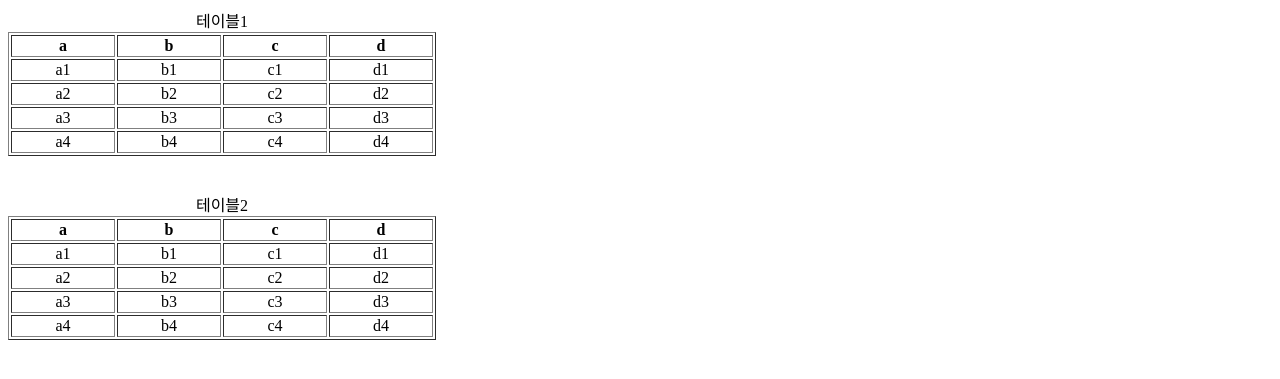
Repository: roditee/Frontend_ex
Page: HTML01/src/main/webapp/table.html
An editor plug-in stored every save of this project. The page is shown before and after the next save, followed by the edit.
The browser window is 1280 px wide. The pictures show the whole page.

Above is the page before, as saved 2021-12-02 05:14:04.

### HTML01/src/main/webapp/table.html
<!DOCTYPE html>
<html>
	<head>
		<meta charset="UTF-8">
		<title>테이블 태그</title>
		<style>
			td {width : 100px;}
		</style>
	</head>
	<body>
		<table border="1">
			<caption>테이블1</caption>
			<thead align="center">
			<tr><th>a</th><th>b</th><th>c</th><th>d</th></tr>
			<tr><td>a1</td><td>b1</td><td>c1</td><td>d1</td></tr>
			<tr><td>a2</td><td>b2</td><td>c2</td><td>d2</td></tr>
			<tr><td>a3</td><td>b3</td><td>c3</td><td>d3</td></tr>
			<tr><td>a4</td><td>b4</td><td>c4</td><td>d4</td></tr>
		</table>

		<br><br>
		<table border="1">
			<caption>테이블2</caption>
			<thead align="center">
			<tr><th>a</th><th>b</th><th>c</th><th>d</th></tr>
			<tr><td>a1</td><td>b1</td><td>c1</td><td>d1</td></tr>
			<tr><td>a2</td><td>b2</td><td>c2</td><td>d2</td></tr>
			<tr><td>a3</td><td>b3</td><td>c3</td><td>d3</td></tr>
			<tr><td>a4</td><td>b4</td><td>c4</td><td>d4</td></tr>
		</table>
	</body>
</html>

After the next save:
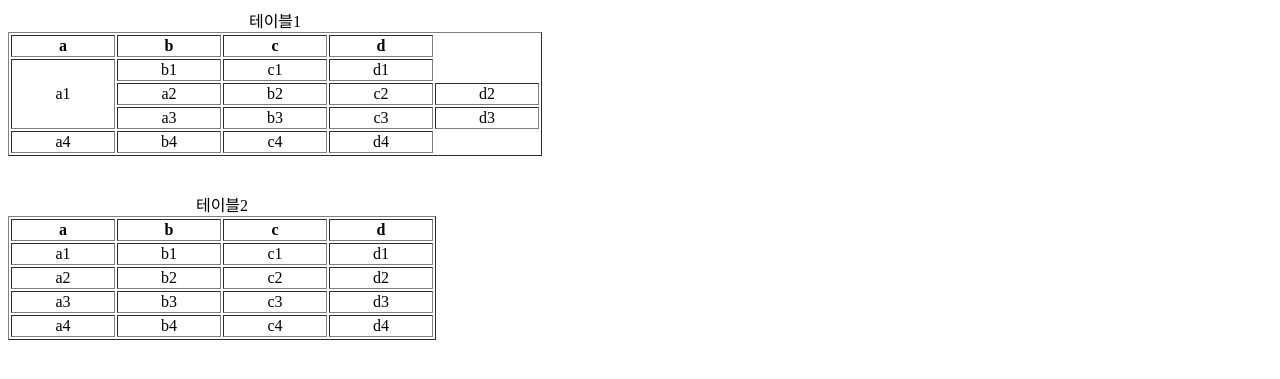
Saved 17 s later.
--- a/HTML01/src/main/webapp/table.html
+++ b/HTML01/src/main/webapp/table.html
@@ -12,7 +12,7 @@
 			<caption>테이블1</caption>
 			<thead align="center">
 			<tr><th>a</th><th>b</th><th>c</th><th>d</th></tr>
-			<tr><td>a1</td><td>b1</td><td>c1</td><td>d1</td></tr>
+			<tr><td rowspan="3">a1</td><td>b1</td><td>c1</td><td>d1</td></tr>
 			<tr><td>a2</td><td>b2</td><td>c2</td><td>d2</td></tr>
 			<tr><td>a3</td><td>b3</td><td>c3</td><td>d3</td></tr>
 			<tr><td>a4</td><td>b4</td><td>c4</td><td>d4</td></tr>
